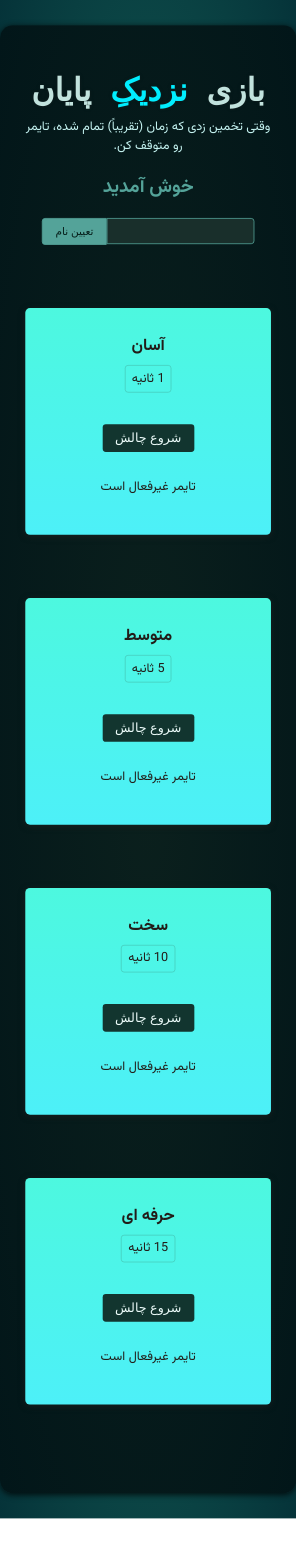
Repository: H-ala/react-near-end
Page: /
An editor plug-in stored every save of this project. The page is shown before and after the next save, followed by the edit.
The browser window is 375 px wide. The pictures show the whole page, at 79% of full size.
The project was rebuilt for these pictures with package versions that can differ from the ones it lists, and the page was loaded fresh each time. Also part of the build but not shown: vite.config.js.

Above is the page before, as saved 2025-10-21 19:58:46.

After the next save:
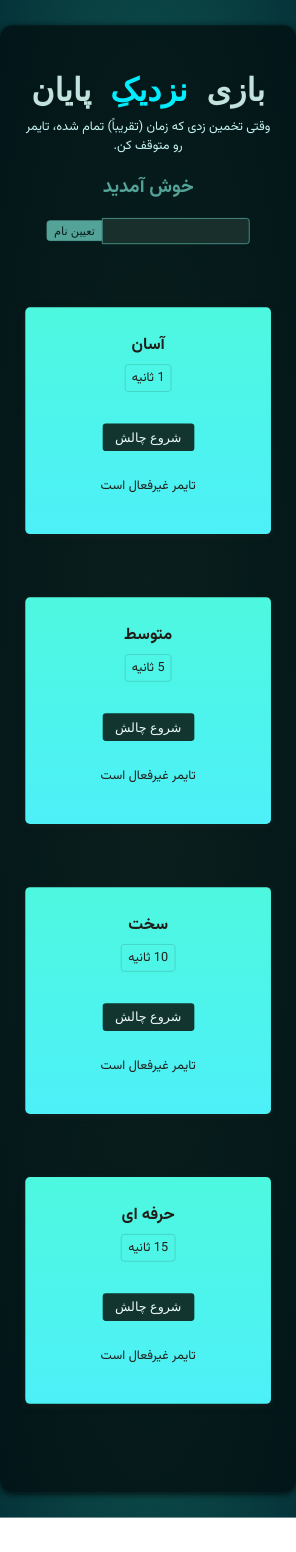
Saved 13 s later.
--- a/src/index.css
+++ b/src/index.css
@@ -253,8 +253,12 @@ header p {
 
 @media (max-width: 480px) {
   #player input {
-    width: 60%;   /* کم کردن عرض ورودی */
+    width: 60%; /* کم کردن عرض ورودی */
     padding: 0.25rem;
     font-size: 0.9rem;
   }
-}
+  #player button {
+    padding: 0.25rem 0.5rem; /* کوچکتر شدن دکمه */
+    font-size: 0.9rem;
+  }
+}
